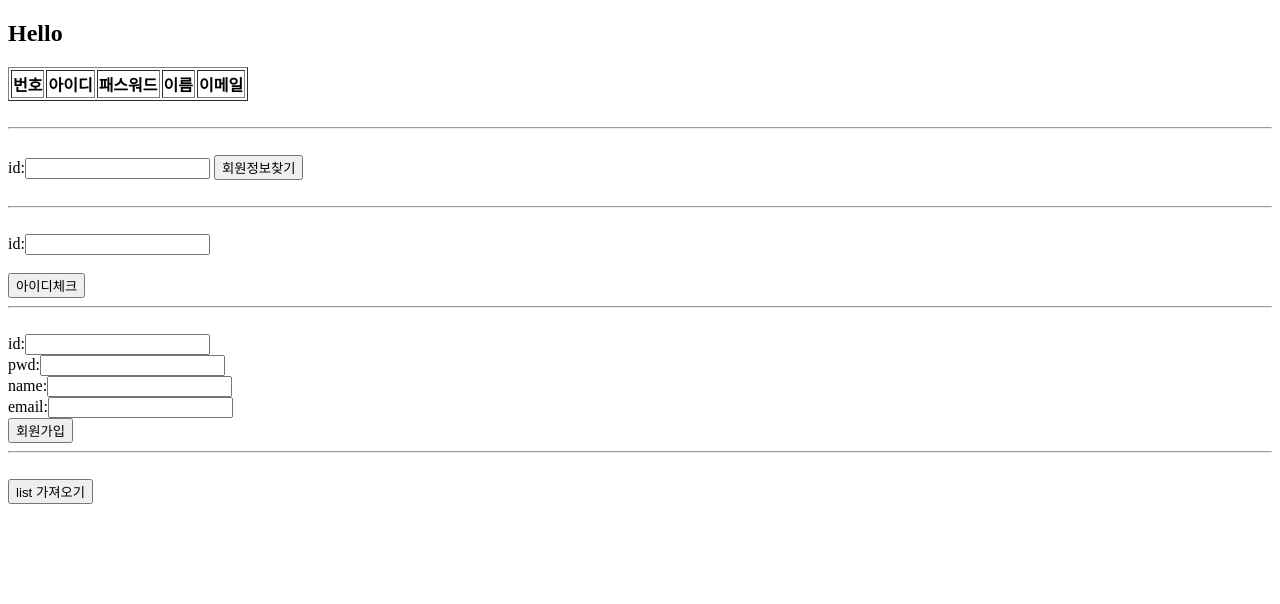
Repository: 0-ssg/chickenstock
Page: http://localhost/springSample4/WEB-INF/views/hello.jsp
The author's editor kept a copy of each file at every save. The page is drawn from the files as they stood at one save, then again after the next save.
The browser window is 1280 px wide. The pictures show the whole page.
The page is served by Tomcat 9. Nobody is signed in. Other server files are loaded and not shown. The template is opened directly, without the code that normally fills it, so the values that code supplies are empty.

Above is the page before, as saved 2023-07-13 01:49:47.

### springSample4/src/main/webapp/WEB-INF/views/hello.jsp
<%@page import="ssg.com.a.dto.MemberDto"%>
<%@page import="java.util.List"%>
<%@ page language="java" contentType="text/html; charset=UTF-8"
    pageEncoding="UTF-8"%>

<%
	List<MemberDto> list = (List<MemberDto>)request.getAttribute("list");
%>

<!DOCTYPE html>
<html>
<head>
<meta charset="UTF-8">
<title>hello.jsp</title>
<script src="https://ajax.googleapis.com/ajax/libs/jquery/3.6.4/jquery.min.js">
</script>
</head>
<body>

<h2>Hello</h2>
<table border="1">
<tr>
	<th>번호</th><th>아이디</th><th>패스워드</th><th>이름</th><th>이메일</th>
</tr>
<%
if(list != null && list.size() > 0){
	for(int i = 0;i < list.size(); i++){
		MemberDto dto = list.get(i);
		%>
		<tr>
			<th><%=i+1 %></th>
			<td><%=dto.getId() %></td>
			<td><%=dto.getPwd() %></td>
			<td><%=dto.getName() %></td>
			<td><%=dto.getEmail() %></td>
		</tr>
		<%
	}
}
%>
</table>
<br>
<hr>
<br>
<form action="find.do">
	id:<input type="text" name="id" size="20">
	<input type="submit" value="회원정보찾기">
</form>
<%
	MemberDto mem = (MemberDto)request.getAttribute("mem");
	if(mem != null){
		%>
		회원정보:<input type="text" value="<%=mem.toString() %>">
		<%
	}
%>

<br>
<hr>
<br>

<!-- id 확인 -->
id:<input type="text" id="idcheck"><br><br>
<button type="button" onclick="idfunc()">아이디체크</button>

<script type="text/javascript">
function idfunc() {
	// ajax는 이동이 안됨
	// 1. servlet-context에 설정 해줘야함
	// 2. HelloController에 @ResponseBody 꼭 붙여줘야함
	$.ajax({
		url:"idcheck.do",
		type:"get",
		data:{"id: ":$("#idcheck").val()},
		success: function(msg){
			alert('success');
			alert(msg);
		},
		error:function(){
			alert('error');
		}
	})

}
</script>

<br>
<hr>
<br>

id:<input type="text" id="id"><br>
pwd:<input type="text" id="pwd"><br>
name:<input type="text" id="name"><br>
email:<input type="text" id="email"><br>
<button type="button" id="account">회원가입</button>

<script type="text/javascript">
$("#account").click(function(){
	let member = {
			"id": $("#id").val(),
			"pwd":$("#pwd").val(),
			"name":$("#name").val(),
			"email":$("#email").val()
	};

	$.ajax({
		url:"account.do",
		type: "post",
		data:member,
		async:true,
		success:function(msg){// msg: HelloController에서 return값으로 넘어옴
			alert(msg);
		},
		error:function(){
			alert('error');
		}
	})
});
</script>

<br>
<hr>
<br>

<button type="button" id="listBtn">list 가져오기</button>

<script type="text/javascript">
$("#listBtn").click(function(){
	$.ajax({
		url:"getlist.do",
		type:"get",
		success:function(list){
			//alert(JSON.stringify(list));
			alert(list[1].id);	// qwe <- 홍길동의 아이디
		},
		error:function(){
			alert('error');
		}
	});
})
</script>

</body>
</html>

After the next save:
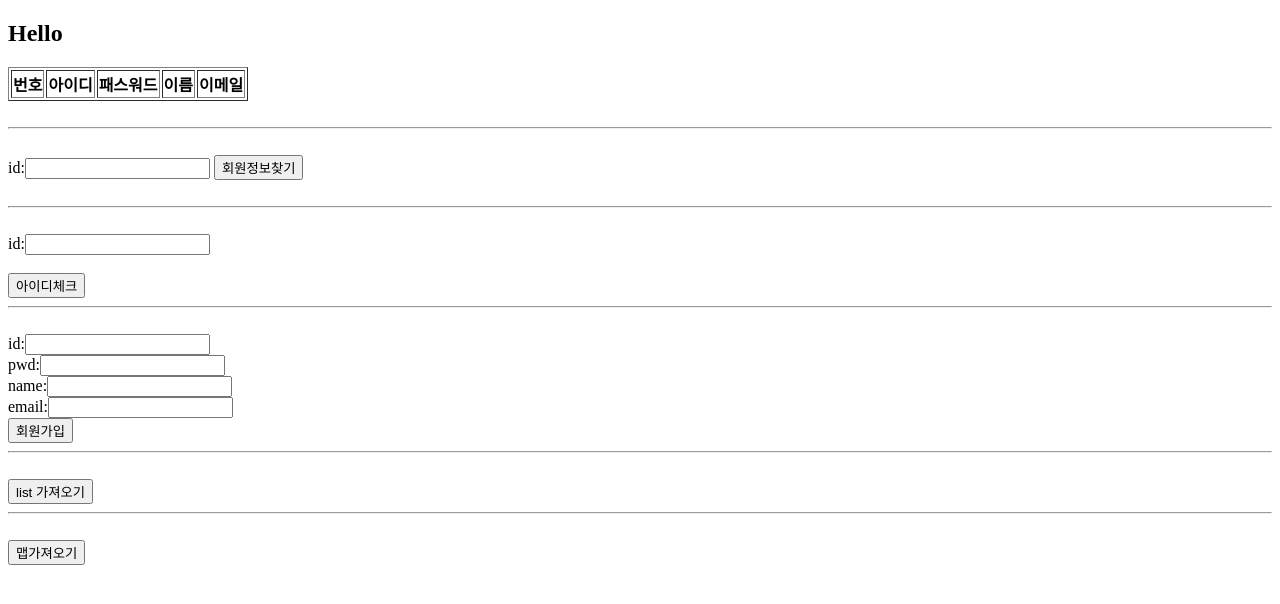
Console error: SyntaxError: Unexpected end of input
Saved 13 min 55 s later.
--- a/springSample4/src/main/webapp/WEB-INF/views/hello.jsp
+++ b/springSample4/src/main/webapp/WEB-INF/views/hello.jsp
@@ -140,5 +140,25 @@ $("#listBtn").click(function(){
 })
 </script>
 
+<br>
+<hr>
+<br>
+
+<button type="button" id="mapbtn">맵가져오기</button>
+
+<script type="text/javascript">
+$("#mapbtn").click(function(){
+	$.ajax({
+		url:"getmap.do",
+		type:"get",
+		success:function(map){
+			alert("success")
+		},
+		error:function(){
+			alert('error');
+		}
+})
+</script>
+
 </body>
 </html>
